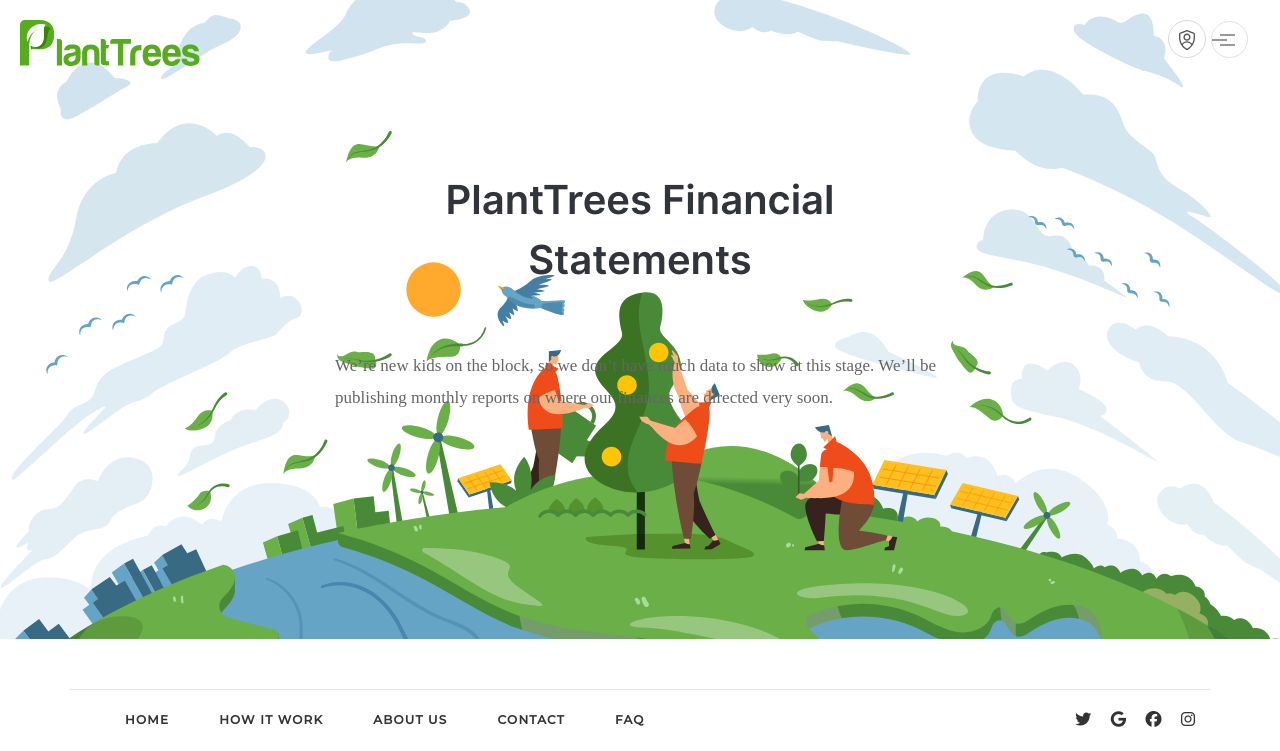
Repository: caothaito/b6g6
Page: bogo/financial.html
These files come from the project's save history. The page is drawn as it stood at one moment and after a run of saves; the edit follows.
The browser window is 1280 px wide. The pictures show the whole page.
Some web libraries are served in a nearby version. The style sheet was rebuilt from its Sass, Less or Tailwind sources for each picture, by a compiler version that may differ from the author's.

Above is the page before, as saved 2020-09-17 10:38:05.

### bogo/financial.html
<!DOCTYPE html>
<html lang="en">

<head>
    <meta charset="UTF-8">
    <meta name="viewport" content="width=device-width, initial-scale=1.0">
    <title>Document</title>
    <link rel="stylesheet" href="https://maxcdn.bootstrapcdn.com/bootstrap/4.0.0/css/bootstrap.min.css"
        integrity="sha384-Gn5384xqQ1aoWXA+058RXPxPg6fy4IWvTNh0E263XmFcJlSAwiGgFAW/dAiS6JXm" crossorigin="anonymous">

    <script src="https://ajax.googleapis.com/ajax/libs/jquery/3.5.1/jquery.min.js"></script>
    <!-- ==============fontawesome=== -->
    <script src="https://kit.fontawesome.com/c28984a6f5.js" crossorigin="anonymous"></script>
    <!-- ================owl================== -->
    <link rel="stylesheet" href="owlcarousel/assets/owl.carousel.min.css">
    <link rel="stylesheet" href="owlcarousel/assets/owl.theme.default.min.css">
    <script src="owlcarousel/owl.carousel.min.js"></script>

    <!-- =========================== -->
    <link rel="stylesheet" href="./assets/css/style.css">
    <link rel="stylesheet" href="./assets/css/financial.css">
</head>

<body>
    <div class="plant-trees-main main-contact-us float-left w-100">
        <div class="plant-trees-home  float-left w-100">
            <div class="plant-trees-home-searchTop float-left w-100 ">
                <a href="#" class="plant-trees-topLogo" id="topLogo">
                    <img src="./assets/images/logo.svg" alt="" class="plant-trees-logo">
                </a>
                <div class="plant-trees-searchRight float-right ">
                    <div class="plant-trees-account">
                        <div class="plant-trees-account-info" style="display:none">
                            <div class="item float-left ">
                                <div class="icon float-left">
                                    <img src="./assets/images/square.svg" alt="square.svg">
                                </div>
                                <div class="content float-right">
                                    <div class="title">Get Our App & Extension</div>
                                    <div class="desc">Protect your date on every device.</div>
                                </div>
                            </div>
                            <div class="item float-left ">
                                <div class="icon float-left">
                                    <img src="./assets/images/file.svg" alt="file.svg">
                                </div>
                                <div class="content float-right">
                                    <div class="title">Your searches are private</div>
                                    <div class="desc">We don't need to know what you do online. We don't record them.
                                    </div>
                                </div>
                            </div>
                            <div class="item float-left ">
                                <div class="icon float-left">
                                    <img src="./assets/images/browser.svg" alt="browser.svg">
                                </div>
                                <div class="content float-right">
                                    <div class="title">Your Searches Are Encrypted</div>
                                    <div class="desc">We protect your search behavior with encrypted connection.</div>
                                </div>
                            </div>
                            <div class="item float-left ">
                                <div class="icon float-left">
                                    <img src="./assets/images/secret-file.svg" alt="secret-file.svg">
                                </div>
                                <div class="content float-right">
                                    <div class="title">No tracking. No profiling</div>
                                    <div class="desc">We block hidden third-party trackers. We don't sell user's date.
                                    </div>
                                </div>
                            </div>
                        </div>
                    </div>
                    <div class="plant-trees-menu-mobile float-right">
                        <div class="nav-toggle">
                            <div class="nav-toggle-bar"></div>
                        </div>
                        <nav class="nav">
                            <ul>
                                <li class="menu-item menu-item-settings">
                                    <div class="wrap-link-item">
                                        <a href="#" title="Settings">Settings</a></div>
                                    <ul class="submenu">
                                        <li>
                                            <a href="#" title="Themes">Themes</a>
                                        </li>
                                        <li>
                                            <a href="#" title="Other settings">Other settings</a></li>
                                        <li>
                                            <a href="#" title="!Bang Search Shortcuts">!Bang SearchShortcuts</a>
                                        </li>
                                    </ul>
                                </li>

                            </ul>
                        </nav>
                    </div>
                </div>
            </div>
        </div>
    </div>

    <section>
        <div class="plant-trees-financial float-left w-100">
            <div class="container">
                <div class="row">
                    <div class="col-lg-12 col-md-12 col-sm-12">
                        <div class="plant-financialLeft float-left w-100">
                            <div class="financial-title float-left w-100 text-center">
                                <div class="">PlantTrees Financial</div>
                                <div class="">Statements</div>
                            </div>
                            <div class="financial-desc">
                                <div class="">We’re new kids on the block, so we don’t have much data to show at this stage. We’ll be publishing monthly reports on where our finances are directed very soon. </div>
                            </div>
                        </div>
                    </div>
                </div>
            </div>
        </div>
    </section>



    <!-- ====footer=== -->
    <footer class="footer-home float-left w-100">
        <div class="wrap">
            <div class="container">
                <div class="row">

                    <div class="footer-top float-left w-100">
                        <div class="footer-top-left col-md-7 col-sm-12 col-xs-12">
                            <ul>
                                <li><a href="#">HOME</a></li>
                                <li><a href="#">How it work</a></li>
                                <li><a href="#">About Us</a></li>
                                <li><a href="#">Contact</a></li>
                                <li><a href="#">FAQ</a></li>
                            </ul>
                        </div>
                        <div class="footer-top-right col-md-5 col-sm-12 col-xs-12">
                            <a href="#"><i class="fab fa-twitter"></i></a>
                            <a href="#"><i class="fab fa-google"></i></a>
                            <a href="#"><i class="fab fa-facebook"></i></a>
                            <a href="#"><i class="fab fa-instagram"></i></a>
                        </div>
                    </div>
                </div>

            </div>
        </div>
    </footer>


    <script>
        $(document).ready(function () {
            $(".plant-trees-account").click(function () {
                $(".plant-trees-account-info").slideToggle();
            })
        })

        $('.owl-carousel').owlCarousel({
            loop: true,
            margin: 10,
            responsiveClass: true,
            nav: true,
            responsive: {
                0: {
                    items: 2
                },
                480: {
                    items: 2
                },
                768: {
                    items: 3,
                },
                1000: {
                    items: 3,
                }
            }
        })
    </script>
</body>

<script src="https://cdnjs.cloudflare.com/ajax/libs/popper.js/1.12.9/umd/popper.min.js"
    integrity="sha384-ApNbgh9B+Y1QKtv3Rn7W3mgPxhU9K/ScQsAP7hUibX39j7fakFPskvXusvfa0b4Q" crossorigin="anonymous">
</script>
<script src="https://maxcdn.bootstrapcdn.com/bootstrap/4.0.0/js/bootstrap.min.js"
    integrity="sha384-JZR6Spejh4U02d8jOt6vLEHfe/JQGiRRSQQxSfFWpi1MquVdAyjUar5+76PVCmYl" crossorigin="anonymous">
</script>
<script src="./assets/js/main.js"></script>

</html>

### bogo/assets/css/financial.scss
@mixin respond($breakpoint) {
    @if $breakpoint==phone {
        @media (max-width: 600px) {
            @content
        }

        ; //600px
    }

    @if $breakpoint==tab-port {
        @media (max-width: 900px) {
            @content
        }

        ; //900px
    }

    @if $breakpoint==tab-land {
        @media (max-width: 1200px) {
            @content
        }

        ; //1200px
    }

    @if $breakpoint==big-desktop {
        @media (min-width: 1800px) {
            @content
        }

        ; //1800px
    }
}
@font-face {
    font-family: Inter;
    src: url("../fonts/Inter-SemiBold_5a940f143aafecbf00719f75eea1dd90.otf");
}


.plant-trees-financial{
    background-image: url('../images/financial/asset-1.svg');
    background-size: cover;
    background-position: bottom;
    background-repeat: no-repeat;

    .plant-financialLeft{

        padding: 170px 0 225px;
        .financial-title{
            color: #31343a;
            padding: 0 12px 5px;
            font-weight: 700;
            font-size: 40px;
            font-size: 2.5rem;
            font-family: Inter;
        }
        .financial-desc{
            padding: 180px 250px 0px 250px;
            font-family: InterUI;
            font-size: 17px;
            line-height: 1.88;
            color: #666666;
        }
    }
}

Loaded but not shown: bogo/owlcarousel/assets/owl.carousel.min.css (library); bogo/owlcarousel/assets/owl.theme.default.min.css (common file); bogo/owlcarousel/owl.carousel.min.js (library); bogo/assets/js/main.js (33 lines, source omitted); bogo/assets/css/style.scss (784 lines, source omitted)

After the next 2 saves:
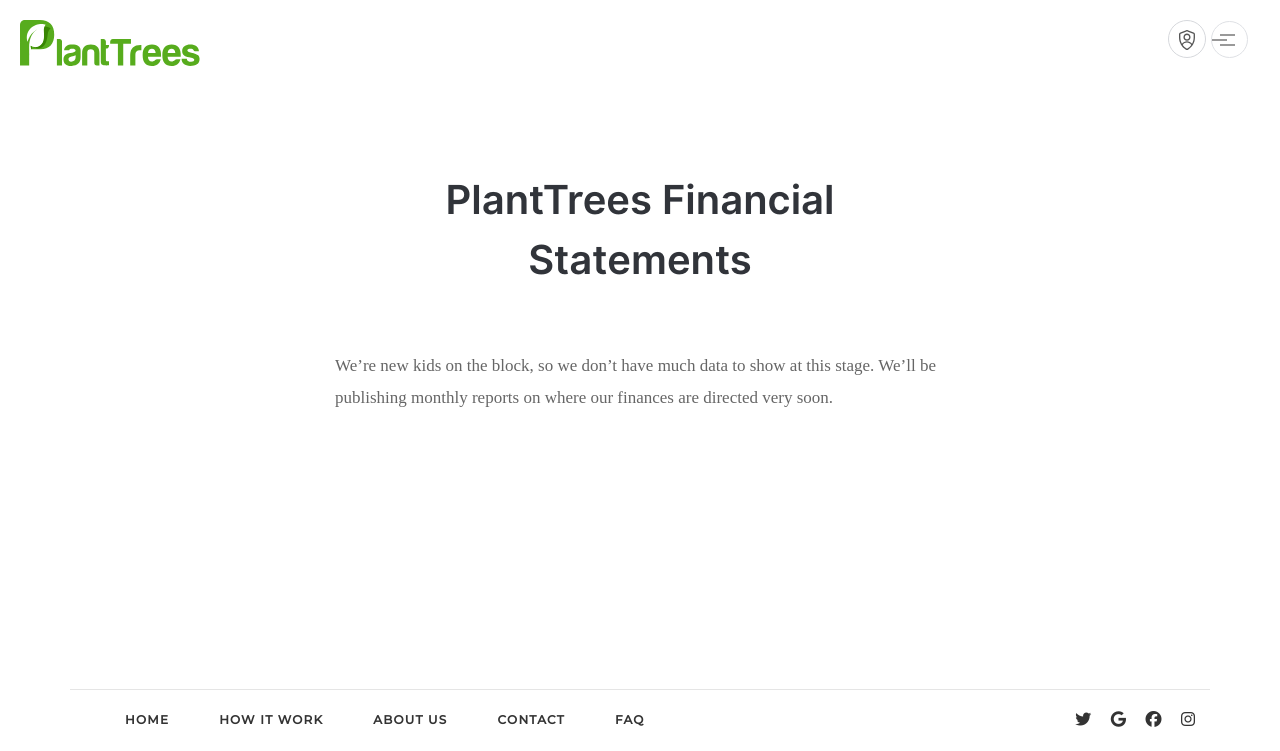
The 2 saves are shown as one change because they came seconds apart.
The last was saved 8 min 17 s later.
--- a/bogo/assets/css/financial.scss
+++ b/bogo/assets/css/financial.scss
@@ -38,7 +38,7 @@
 
 
 .plant-trees-financial{
-    background-image: url('../images/financial/asset-1.svg');
+    background-image: url('../images/financial/asset-1.svg') no-repeat center;
     background-size: cover;
     background-position: bottom;
     background-repeat: no-repeat;

After the save that followed:
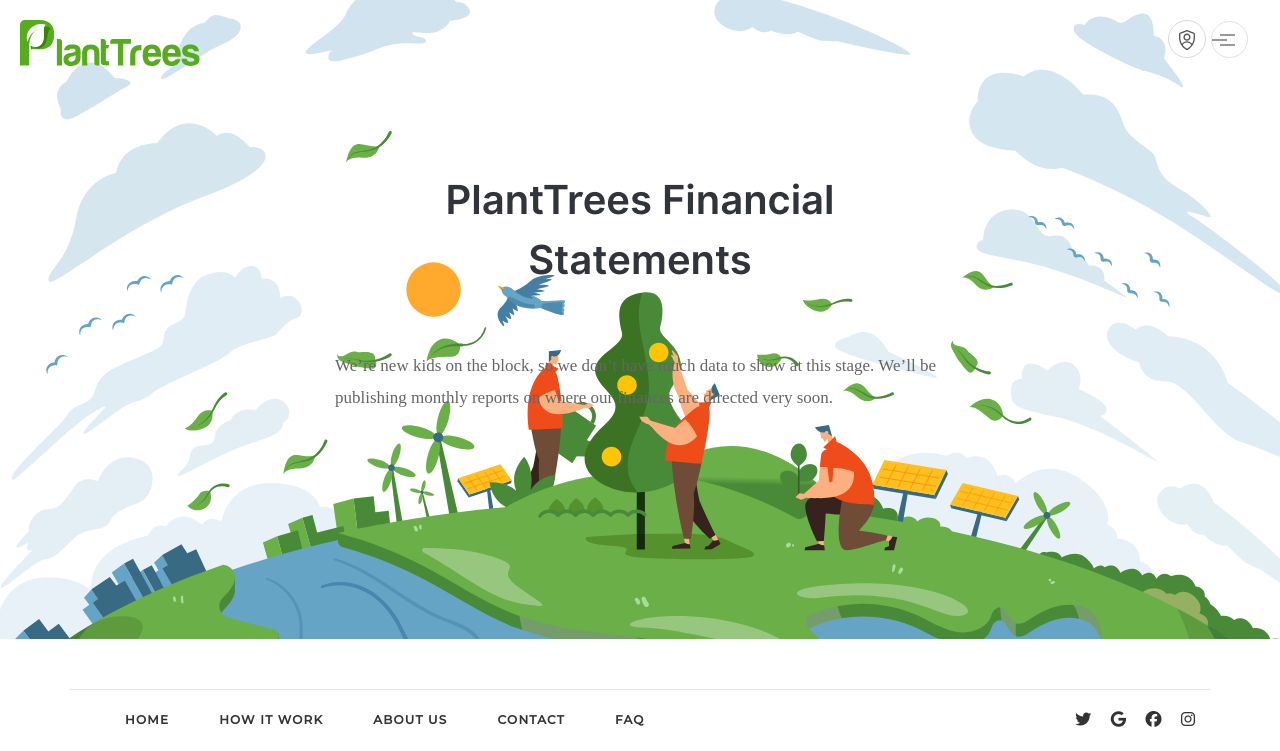
Saved 16 s later.
--- a/bogo/assets/css/financial.scss
+++ b/bogo/assets/css/financial.scss
@@ -38,7 +38,7 @@
 
 
 .plant-trees-financial{
-    background-image: url('../images/financial/asset-1.svg') no-repeat center;
+    background-image: url('../images/financial/asset-1.svg') ;
     background-size: cover;
     background-position: bottom;
     background-repeat: no-repeat;
